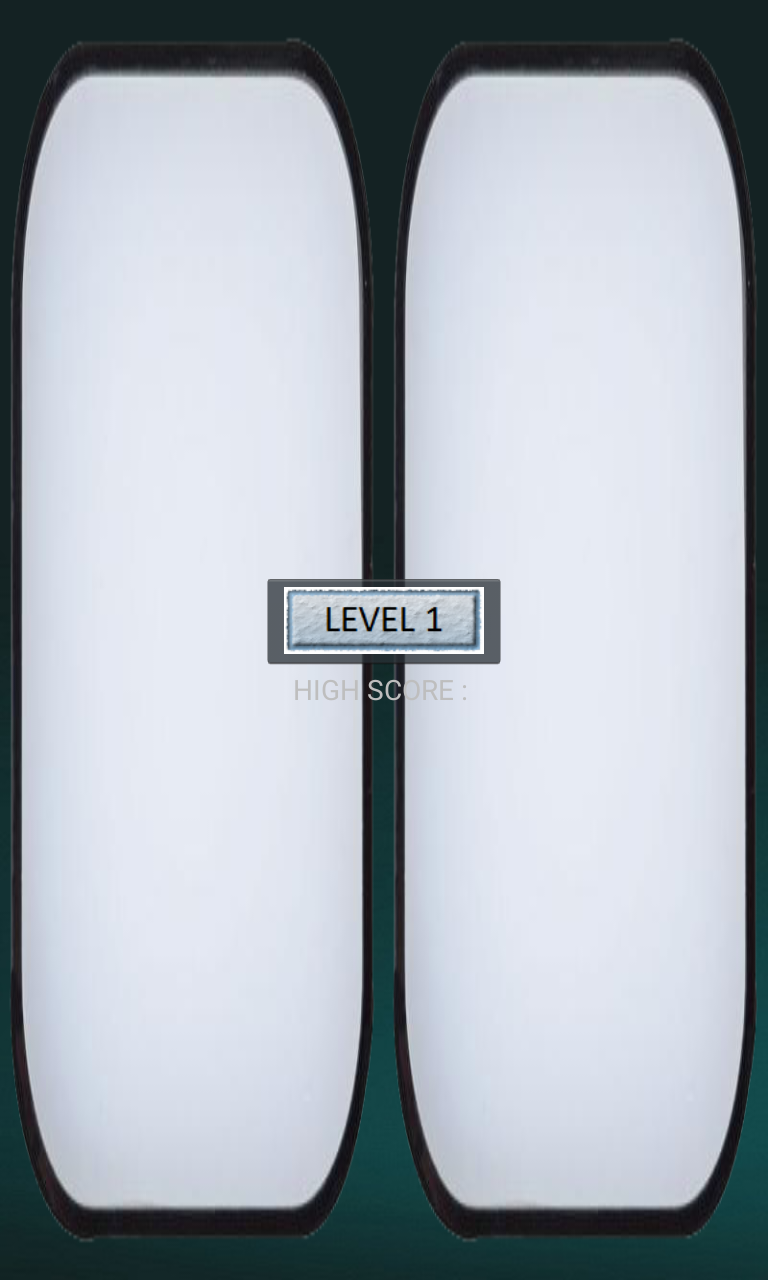
Repository: rohitchawla22/SebiQuiz
Layout: SebiQuiz/res/layout/menu.xml
An editor plug-in stored every save of this project. The layout is shown before and after the next save, followed by the edit.
It is drawn on a 768 x 1280 px phone screen (xhdpi) without system bars, with theme android:Theme.Holo; the app's code is not run.

Above is the layout before, as saved 2014-06-13 07:35:13.

### SebiQuiz/res/layout/menu.xml
<?xml version="1.0" encoding="utf-8"?>
<LinearLayout xmlns:android="http://schemas.android.com/apk/res/android"
    android:layout_width="match_parent"
    android:layout_height="match_parent"
    android:background="@drawable/backgroundmain"
    android:orientation="vertical" >


   <LinearLayout
        android:layout_width="match_parent"
        android:layout_height="match_parent"
        android:layout_weight="1"
        android:background="@drawable/button" >

        <LinearLayout
            android:layout_width="wrap_content"
            android:layout_height="wrap_content"
            android:layout_gravity="center"
            android:layout_weight="1"
            android:orientation="vertical" >

            <ImageButton
                android:id="@+id/level1"
                android:layout_width="wrap_content"
                android:layout_height="wrap_content"
                android:layout_gravity="center"
                android:src="@drawable/level1" />

           <TextView
               android:id="@+id/l1"
               android:layout_width="wrap_content"
               android:layout_height="wrap_content"
               android:layout_gravity="center"
               android:text="@string/high_score_" />

        </LinearLayout>

</LinearLayout>

### SebiQuiz/res/values/strings.xml
<?xml version="1.0" encoding="utf-8"?>
<resources>

    <string name="app_name">SEBI Quiz</string>
    <string name="hello_world">Hello world!</string>
    <string name="high_score_">"HIGH SCORE : "</string>

</resources>

After the next save:
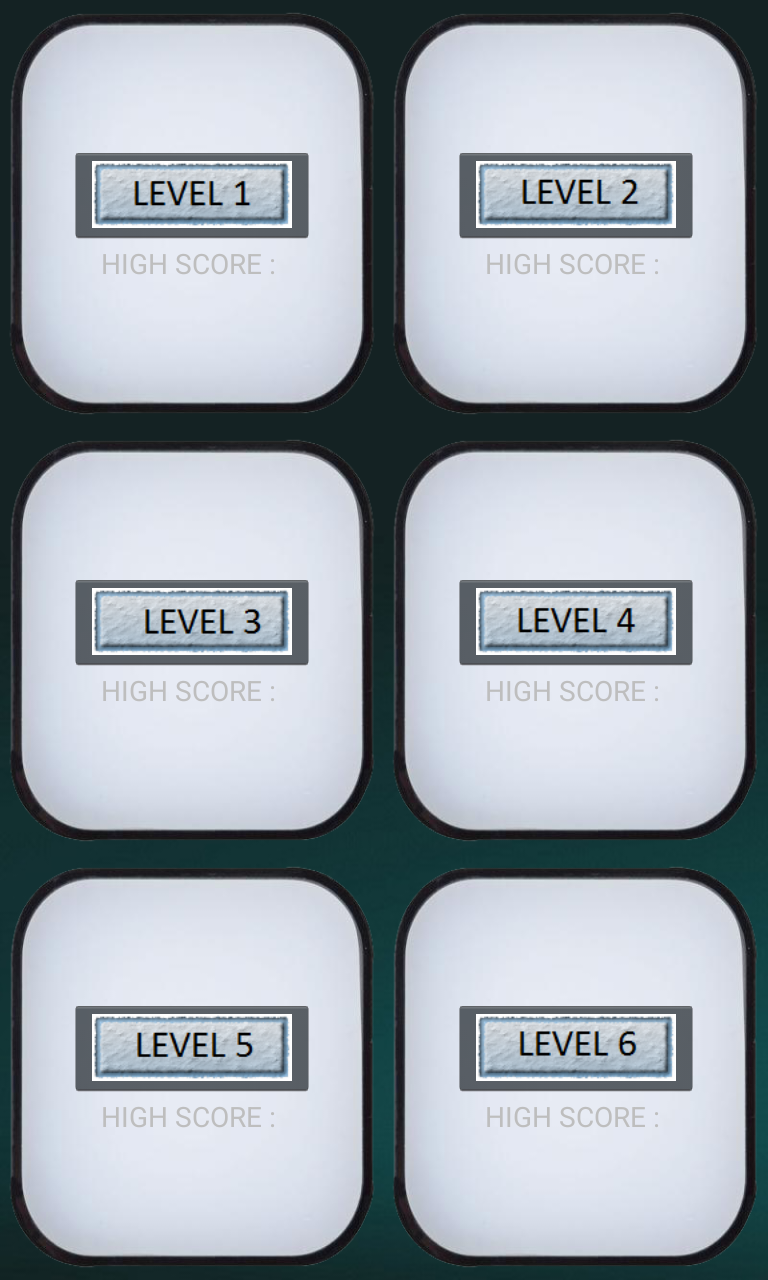
Saved 30 s later.
--- a/SebiQuiz/res/layout/menu.xml
+++ b/SebiQuiz/res/layout/menu.xml
@@ -34,5 +34,134 @@
                android:text="@string/high_score_" />
 
         </LinearLayout>
+<LinearLayout
+            android:layout_width="wrap_content"
+            android:layout_height="wrap_content"
+            android:layout_gravity="center"
+            android:layout_weight="1"
+            android:orientation="vertical">
+
+            <ImageButton
+                android:id="@+id/level2"
+                android:layout_width="wrap_content"
+                android:layout_height="wrap_content"
+                android:layout_gravity="center"
+                android:adjustViewBounds="false"
+                android:baselineAlignBottom="false"
+                android:src="@drawable/level2" />
+            <TextView
+               android:id="@+id/l2"
+               android:layout_width="wrap_content"
+               android:layout_height="wrap_content"
+               android:layout_gravity="center"
+               android:text="@string/high_score_" />
+
+        </LinearLayout>
+    </LinearLayout>
+
+    <LinearLayout
+        android:layout_width="match_parent"
+        android:layout_height="match_parent"
+        android:layout_weight="1"
+        android:background="@drawable/button" >
+         <LinearLayout
+            android:layout_width="wrap_content"
+            android:layout_height="wrap_content"
+            android:layout_gravity="center"
+            android:layout_weight="1"
+            android:orientation="vertical">
+
+            <ImageButton
+                android:id="@+id/level3"
+                android:layout_width="wrap_content"
+                android:layout_height="wrap_content"
+                android:layout_gravity="center"
+                android:src="@drawable/level3" />
+            <TextView
+               android:id="@+id/l3"
+               android:layout_width="wrap_content"
+               android:layout_height="wrap_content"
+               android:layout_gravity="center"
+               android:text="@string/high_score_" />
+
+        </LinearLayout>
+
+        <LinearLayout
+            android:layout_width="wrap_content"
+            android:layout_height="wrap_content"
+            android:layout_gravity="center"
+            android:layout_weight="1"
+            android:orientation="vertical" >
+
+            <ImageButton
+                android:id="@+id/level4"
+                android:layout_width="wrap_content"
+                android:layout_height="wrap_content"
+                android:layout_gravity="center"
+                android:adjustViewBounds="false"
+                android:baselineAlignBottom="false"
+                android:src="@drawable/level4" />
+            <TextView
+               android:id="@+id/l4"
+               android:layout_width="wrap_content"
+               android:layout_height="wrap_content"
+               android:layout_gravity="center"
+               android:text="@string/high_score_" />
+
+        </LinearLayout>
+    </LinearLayout>
+
+    <LinearLayout
+        android:layout_width="match_parent"
+        android:layout_height="match_parent"
+        android:layout_weight="1"
+        android:background="@drawable/button" >
+         <LinearLayout
+            android:layout_width="wrap_content"
+            android:layout_height="wrap_content"
+            android:layout_gravity="center"
+            android:layout_weight="1"
+            android:orientation="vertical">
+
+            <ImageButton
+                android:id="@+id/level5"
+                android:layout_width="wrap_content"
+                android:layout_height="wrap_content"
+                android:layout_gravity="center"
+                android:src="@drawable/level5" />
+            <TextView
+               android:id="@+id/l5"
+               android:layout_width="wrap_content"
+               android:layout_height="wrap_content"
+               android:layout_gravity="center"
+               android:text="@string/high_score_" />
+
+        </LinearLayout>
+
+        <LinearLayout
+            android:layout_width="wrap_content"
+            android:layout_height="wrap_content"
+            android:layout_gravity="center"
+            android:layout_weight="1"
+            android:orientation="vertical">
+
+            <ImageButton
+                android:id="@+id/level6"
+                android:layout_width="wrap_content"
+                android:layout_height="wrap_content"
+                android:layout_gravity="center"
+                android:adjustViewBounds="false"
+                android:baselineAlignBottom="false"
+                android:src="@drawable/level6" />
+            <TextView
+               android:id="@+id/l6"
+               android:layout_width="wrap_content"
+               android:layout_height="wrap_content"
+               android:layout_gravity="center"
+               android:text="@string/high_score_" />
+
+        </LinearLayout>
+    </LinearLayout>
+
 
 </LinearLayout>
